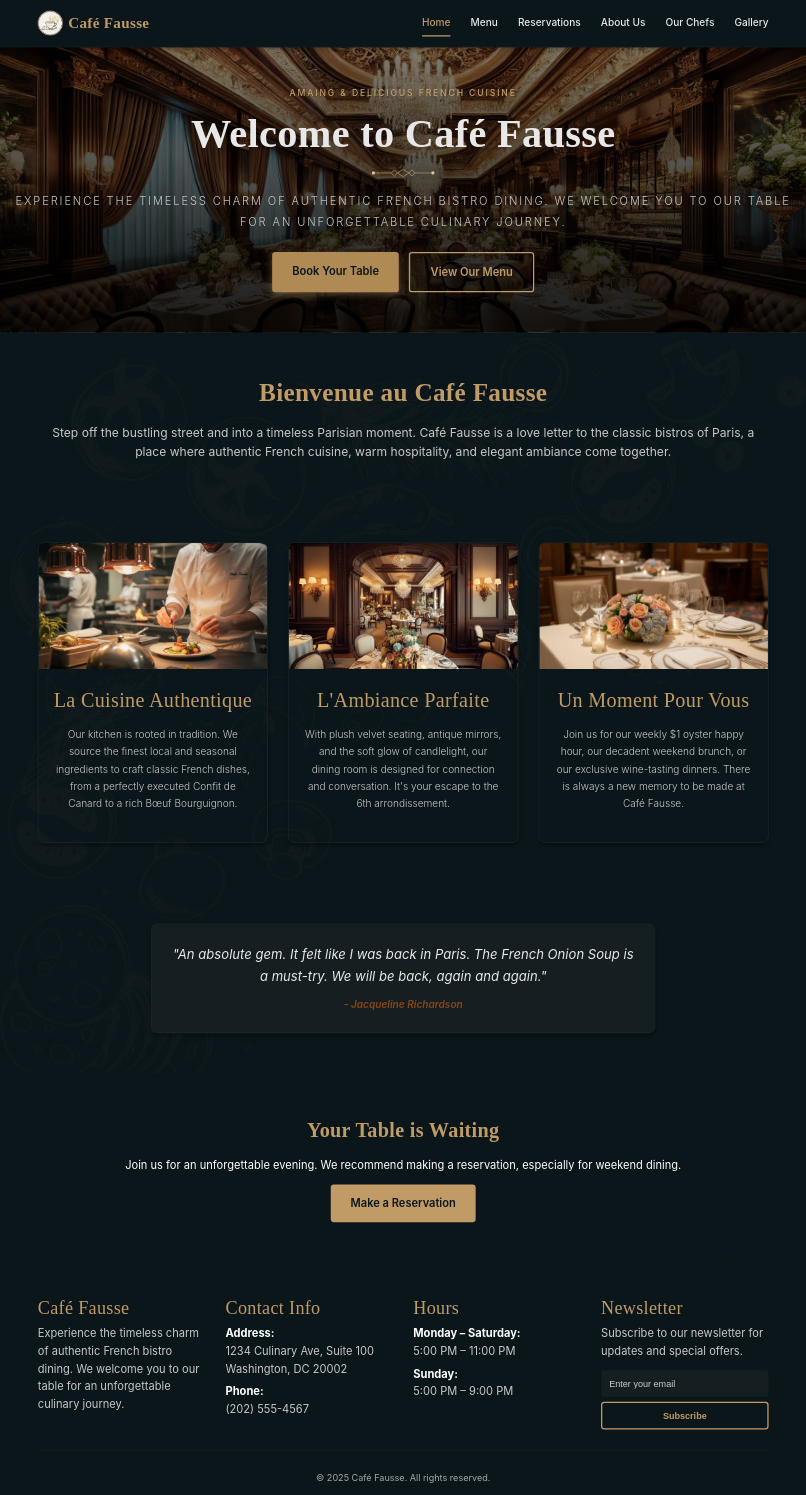
Repository: MatVanDenArt/MSSE-Cafe-Fausse
Page: / (app in frontend/)
These files come from the project's save history. The page is drawn as it stood at one moment and after the next save; the edit follows.
The browser window is 1280 px wide. The pictures show the whole page, at 63% of full size.
The pointer rests on the first visible `.btn-large`.
Backgrounds fixed to the window are drawn as part of the page. The project was rebuilt for these pictures with package versions that can differ from the ones it lists, and the page was loaded fresh each time. Also part of the build but not shown: frontend/src/pages/Menu.js, frontend/src/pages/Reservations.css, frontend/src/pages/Reservations.js, frontend/src/pages/About.js, frontend/src/pages/Gallery.css, frontend/src/pages/Gallery.js.

Above is the page before, as saved 2025-11-05 15:41:56.

### frontend/src/App.css
/* Global Styles */
* {
  margin: 0;
  padding: 0;
  box-sizing: border-box;
}

@import url("https://fonts.googleapis.com/css2?family=Dancing+Script:wght@400;500;600;700&family=Cormorant+Garamond:ital,wght@0,300;0,400;0,500;0,600;0,700;1,300;1,400;1,500;1,600&family=Inter:wght@300;400;500;600&family=Source+Sans+Pro:ital,wght@0,300;0,400;0,600;1,300;1,400&display=swap");

body {
  font-family: "Inter", "Source Sans Pro", "Helvetica Neue", "Arial", sans-serif;
  line-height: 1.6;
  color: #e8e8e8;
  background-color: #0b161a;
  font-weight: 400;
  padding-top: 70px; /* Account for fixed header */
}

/* Remove padding-top for home page since hero handles spacing */
.home {
  padding-top: 0;
}

.App {
  min-height: 100vh;
  display: flex;
  flex-direction: column;
}

.main-content {
  flex: 1;
}

/* Typography */
h1,
h2,
h3,
h4,
h5,
h6 {
  font-family: "Cormorant Garamond", "EB Garamond", "Georgia", "Times New Roman",
    serif;
  font-weight: 500;
  margin-bottom: 1rem;
  letter-spacing: 0.5px;
}

h1 {
  font-size: 2.5rem;
  color: #c19b66;
  font-family: "Dancing Script", "Cormorant Garamond", serif;
  font-weight: 600;
}

h2 {
  font-size: 2rem;
  color: #c19b66;
  font-family: "Dancing Script", "Cormorant Garamond", serif;
  font-weight: 600;
}

h3 {
  font-size: 2rem;
  color: #c19b66;
  font-family: "Cormorant Garamond", serif;
  font-weight: 500;
}

p {
  margin-bottom: 1rem;
  font-size: 1.1rem;
  font-family: "Inter", "Source Sans Pro", "Helvetica Neue", "Arial", sans-serif;
}

/* Container */
.container {
  max-width: 1200px;
  margin: 0 auto;
  padding: 0 20px;
}

/* Grid System */
.grid {
  display: grid;
  gap: 2rem;
}

.grid-2 {
  grid-template-columns: repeat(auto-fit, minmax(300px, 1fr));
}

.grid-3 {
  grid-template-columns: repeat(auto-fit, minmax(250px, 1fr));
}

.grid-4 {
  grid-template-columns: repeat(auto-fit, minmax(200px, 1fr));
}

/* Flexbox Utilities */
.flex {
  display: flex;
}

.flex-center {
  display: flex;
  justify-content: center;
  align-items: center;
}

.flex-between {
  display: flex;
  justify-content: space-between;
  align-items: center;
}

.flex-column {
  display: flex;
  flex-direction: column;
}

/* Buttons */
.btn {
  display: inline-block;
  padding: 12px 24px;
  background-color: #c19b66;
  color: #0b161a;
  text-decoration: none;
  border: none;
  border-radius: 5px;
  font-size: 1rem;
  font-weight: 600;
  cursor: pointer;
  transition: all 0.3s ease;
  text-align: center;
}

.btn:hover {
  background-color: #b08a55;
  /*transform: translateY(-2px);*/
  box-shadow: 0 4px 12px rgba(193, 155, 102, 0.4);
}

.btn-secondary {
  background-color: transparent;
  color: #c19b66;
  border: 2px solid #c19b66;
}

.btn-secondary:hover {
  background-color: #c19b66;
  color: #0b161a;
}

.btn-large {
  padding: 16px 32px;
  font-size: 1.1rem;
}

.btn-large:hoverr {
  background-color: transparent;
  color: #c19b66;
  border: 2px solid #c19b66;
}

/* Forms */
.form-group {
  margin-bottom: 1.5rem;
}

.form-label {
  display: block;
  margin-bottom: 0.5rem;
  font-weight: 600;
  color: #c19b66;
}

.form-input,
.form-select,
.form-textarea {
  width: 100%;
  padding: 12px;
  border: 2px solid #151f21;
  border-radius: 5px;
  font-size: 1rem;
  transition: border-color 0.3s ease;
  background-color: #151f21;
  color: #e8e8e8;
}

.form-input:focus,
.form-select:focus,
.form-textarea:focus {
  outline: none;
  border-color: #c19b66;
  box-shadow: 0 0 0 3px rgba(193, 155, 102, 0.1);
}

.form-textarea {
  resize: vertical;
  min-height: 100px;
}

/* Cards */
.card {
  /* background: #151f21; */
  border-radius: 10px;
  box-shadow: 0 4px 6px rgba(0, 0, 0, 0.3);
  overflow: hidden;
  border: 1px solid #1f2a2d;
}

.card-body {
  padding: 1.5rem;
}

.card-title {
  font-size: 1.25rem;
  margin-bottom: 0.5rem;
  color: #c19b66;
  font-family: "Dancing Script", "Cormorant Garamond", serif;
  font-weight: 500;
}

.card-text {
  color: #c8c8c8;
  margin-bottom: 1rem;
}

/* Images */
.img-responsive {
  width: 100%;
  height: auto;
  display: block;
}

.img-rounded {
  border-radius: 10px;
}

/* Sections */
.section {
  padding: 4rem 0;
}

.section-dark {
  background-color: #0b161a;
  color: white;
}

.section-light {
  background-color: #151f21;
}

.section-title {
  text-align: center;
}

.section-title h2 {
  font-size: 2.5rem;
  margin-bottom: 1rem;
}

.section-title p {
  font-size: 1.2rem;
  color: #c8c8c8;
  /* max-width: 600px; */
  margin: 0 auto;
}

/* Hero Section - Moved to Home.css */

.hero-content h1 {
  font-size: 3.5rem;
  margin-bottom: 1rem;
  color: white;
}

.hero-buttons {
  display: flex;
  gap: 1rem;
  justify-content: center;
  flex-wrap: wrap;
}

/* Navigation styles are in Header.css */

/* Footer */
.footer {
  background-color: #333;
  color: white;
  padding: 3rem 0 1rem;
}

.footer-content {
  display: grid;
  grid-template-columns: repeat(auto-fit, minmax(250px, 1fr));
  gap: 2rem;
  margin-bottom: 2rem;
}

.footer-bottom {
  text-align: center;
  padding-top: 2rem;
  border-top: 1px solid #555;
  color: #ccc;
}

/* Responsive Design */
@media (max-width: 768px) {
  .container {
    padding: 0 15px;
  }

  .hero-content h1 {
    font-size: 2.5rem;
  }

  .hero-content p {
    font-size: 1.1rem;
  }

  .hero-buttons {
    flex-direction: column;
    align-items: center;
  }

  /* Navigation responsive styles are in Header.css */

  .grid-2,
  .grid-3,
  .grid-4 {
    grid-template-columns: 1fr;
  }

  h1 {
    font-size: 2rem;
  }

  h2 {
    font-size: 1.5rem;
  }
}

@media (max-width: 480px) {
  .hero-content h1 {
    font-size: 2rem;
  }

  .section {
    padding: 2rem 0;
  }

  .btn {
    padding: 10px 20px;
    font-size: 0.9rem;
  }
}

/* Utility Classes */
.text-center {
  text-align: center;
}

.text-left {
  text-align: left;
}

.text-right {
  text-align: right;
}

.mb-1 {
  margin-bottom: 0.5rem;
}
.mb-2 {
  margin-bottom: 1rem;
}
.mb-3 {
  margin-bottom: 1.5rem;
}
.mb-4 {
  margin-bottom: 2rem;
}

.mt-1 {
  margin-top: 0.5rem;
}
.mt-2 {
  margin-top: 1rem;
}
.mt-3 {
  margin-top: 1.5rem;
}
.mt-4 {
  margin-top: 2rem;
}

.p-1 {
  padding: 0.5rem;
}
.p-2 {
  padding: 1rem;
}
.p-3 {
  padding: 1.5rem;
}
.p-4 {
  padding: 2rem;
}

.hidden {
  display: none;
}

.visible {
  display: block;
}

### frontend/src/components/Header.css
.nav {
  background-color: #0b161a;
  box-shadow: 0 2px 10px rgba(0, 0, 0, 0.3);
  position: fixed;
  top: 0;
  left: 0;
  right: 0;
  z-index: 1000;
  border-bottom: 1px solid #151f21;
}

.nav-container {
  display: flex;
  justify-content: space-between;
  align-items: center;
  padding: 1rem 0;
}

.nav-logo {
  display: flex;
  align-items: center;
  gap: 0.5rem;
  text-decoration: none;
  font-family: "Cormorant Garamond", "EB Garamond", "Georgia", "Times New Roman",
    serif;
  font-weight: 500;
  letter-spacing: 0.5px;
}

.nav-logo-img {
  height: 40px;
  width: auto;
}

.nav-logo-text {
  font-size: 1.5rem;
  font-weight: bold;
  color: #c19b66;
  font-family: "Dancing Script", "Cormorant Garamond", serif;
}

.nav-logo:hover .nav-logo-text {
  color: #c19b66;
}

.nav-menu {
  display: flex;
  list-style: none;
  gap: 2rem;
  margin: 0;
  padding: 0;
}

.nav-link {
  color: #e8e8e8;
  text-decoration: none;
  font-weight: 500;
  transition: color 0.3s ease;
  padding: 0.5rem 0;
  position: relative;
}

.nav-link:hover,
.nav-link.active {
  color: #c19b66;
}

.nav-link.active::after {
  content: "";
  position: absolute;
  bottom: 0;
  left: 0;
  right: 0;
  height: 2px;
  background-color: #c19b66;
}

.nav-toggle {
  display: none;
  flex-direction: column;
  background: none;
  border: none;
  cursor: pointer;
  padding: 0.5rem;
}

.nav-toggle-line {
  width: 25px;
  height: 3px;
  background-color: #c19b66;
  margin: 3px 0;
  transition: 0.3s;
}

/* Mobile Navigation */
@media (max-width: 768px) {
  .nav-toggle {
    display: flex;
  }

  .nav-menu {
    position: fixed;
    top: 70px;
    left: 0;
    right: 0;
    background-color: #0b161a;
    flex-direction: column;
    padding: 2rem;
    box-shadow: 0 2px 10px rgba(0, 0, 0, 0.3);
    transform: translateY(-100%);
    opacity: 0;
    visibility: hidden;
    transition: all 0.3s ease;
    z-index: 999;
    border-top: 1px solid #151f21;
  }

  .nav-menu-open {
    transform: translateY(0);
    opacity: 1;
    visibility: visible;
  }

  .nav-link {
    padding: 1rem 0;
    border-bottom: 1px solid #151f21;
    text-align: center;
    color: #e8e8e8;
  }

  .nav-link:last-child {
    border-bottom: none;
  }

  .nav-link:hover,
  .nav-link.active {
    color: #c19b66;
  }

  .nav-toggle.open .nav-toggle-line:nth-child(1) {
    transform: rotate(45deg) translate(5px, 5px);
  }

  .nav-toggle.open .nav-toggle-line:nth-child(2) {
    opacity: 0;
  }

  .nav-toggle.open .nav-toggle-line:nth-child(3) {
    transform: rotate(-45deg) translate(7px, -6px);
  }
}

### frontend/src/components/Footer.css
.footer {
  background-color: #0b161a;
  color: #e8e8e8;
  padding: 3rem 0 1rem;
  margin-top: auto;
  border-top: 1px solid #151f21;
}

.footer-content {
  display: grid;
  grid-template-columns: repeat(auto-fit, minmax(250px, 1fr));
  gap: 2rem;
  margin-bottom: 2rem;
}

.footer-section h3 {
  color: #c19b66;
  font-size: 1.8rem;
  font-family: "Cormorant Garamond", "Times New Roman", serif;
  font-weight: 500;
  letter-spacing: 0.5px;
  margin-bottom: 0.25rem;
}

.footer-section p {
  margin-bottom: 0.5rem;
  line-height: 1.6;
  color: #c8c8c8;
}

.footer-section strong {
  color: white;
}

.newsletter-form {
  display: flex;
  flex-direction: column;
  gap: 0.5rem;
  margin-top: 1rem;
}

.newsletter-input {
  padding: 0.75rem;
  border: 1px solid #151f21;
  border-radius: 5px;
  background-color: #151f21;
  color: #e8e8e8;
  font-size: 0.9rem;
}

.newsletter-input::placeholder {
  color: #ccc;
}

.newsletter-input:focus {
  outline: none;
  border-color: #c19b66;
}

.newsletter-btn {
  padding: 0.75rem;
  font-size: 0.9rem;
  border: 2px solid #c19b66;
  background-color: transparent;
  color: #c19b66;
}

.newsletter-btn:hover {
  background-color: #c19b66;
  color: #0b161a;
}

.newsletter-btn:disabled {
  opacity: 0.6;
  cursor: not-allowed;
}

.newsletter-success {
  background-color: #4caf50;
  padding: 1rem;
  border-radius: 5px;
  text-align: center;
  margin-top: 1rem;
}

.newsletter-success p {
  margin: 0;
  color: white;
  font-weight: 600;
}

.footer-bottom {
  text-align: center;
  padding-top: 2rem;
  border-top: 1px solid #151f21;
  color: #a8a8a8;
}

.footer-bottom p {
  margin: 0;
  font-size: 0.9rem;
}

@media (max-width: 768px) {
  .footer {
    padding: 2rem 0 1rem;
  }

  .footer-content {
    grid-template-columns: 1fr;
    gap: 1.5rem;
  }

  .newsletter-form {
    flex-direction: column;
  }
}

### frontend/src/pages/Home.css
.home {
  min-height: 100vh;
}

.home-content-background {
  position: relative;
  background-color: #0b161a;
}

.home-content-background::before {
  content: "";
  position: absolute;
  top: 0;
  left: 0;
  right: 0;
  bottom: 0;
  background-color: rgba(11, 22, 26, 0.7);
  z-index: 0;
}

.home-content-background > * {
  position: relative;
  z-index: 1;
}

.hero {
  min-height: 60vh;
  max-height: 80vh;
  display: flex;
  align-items: center;
  justify-content: center;
  text-align: center;
  color: white;
  position: relative;
  padding: 4rem 0;
}

.hero-content h1 {
  font-size: 4rem;
  color: #e8e8e8;
  margin-bottom: 1rem;
  font-family: "Cormorant Garamond", serif;
  font-weight: 600;
  line-height: 1.2;
}

/*.hero-content p {
  font-size: 1.2rem;
  margin-bottom: 2rem;
  max-width: 600px;
  text-shadow: 1px 1px 2px rgba(0, 0, 0, 0.5);
  line-height: 1.6;
}*/

.hero-content p {
  font-size: 0.85rem;
  text-transform: uppercase;
  letter-spacing: 3px;
  margin-bottom: 1rem;
  font-weight: 500;
  display: inline-block;
  color: #c19b66;
}

.hero-buttons {
  display: flex;
  gap: 1rem;
  justify-content: center;
  flex-wrap: wrap;
  margin-top: 1rem;
}

/* Tablet and large mobile optimization */
@media (max-width: 1024px) {
  .hero {
    min-height: 55vh;
    max-height: 70vh;
    padding: 3rem 0;
  }

  .hero-content h1 {
    font-size: 2.8rem;
  }

  .hero-content p {
    font-size: 1.1rem;
  }
}

.pillar-icon {
  font-size: 3rem;
  margin-bottom: 1rem;
}

.pillar-image {
  width: 100%;
  height: 200px;
  margin: 0;
  border-radius: 0;
  overflow: hidden;
  display: block;
}

.pillar-img {
  width: 100%;
  height: 100%;
  object-fit: cover;
  display: block;
}

.testimonial {
  text-align: center;
  max-width: 800px;
  margin: 0 auto;
  padding: 2rem;
  background: #151f21;
  border-radius: 10px;
  box-shadow: 0 4px 6px rgba(0, 0, 0, 0.3);
  border: 1px solid #1f2a2d;
}

.testimonial blockquote {
  font-size: 1.3rem;
  font-style: italic;
  margin-bottom: 1rem;
  color: #e8e8e8;
  line-height: 1.6;
}

.testimonial cite {
  font-size: 1rem;
  color: #8b4513;
  font-weight: 600;
}

.contact-info {
  background: #151f21;
  padding: 2rem;
  border-radius: 10px;
  box-shadow: 0 4px 6px rgba(0, 0, 0, 0.3);
  border: 1px solid #1f2a2d;
}

.contact-info h3 {
  color: #8b4513;
  margin-bottom: 1rem;
}

.contact-info p {
  margin-bottom: 0.5rem;
  color: #c8c8c8;
}

@media (max-width: 768px) {
  .hero {
    min-height: 50vh;
    max-height: 60vh;
    padding: 2rem 0;
  }

  .hero-content h1 {
    font-size: 2.2rem;
    margin-bottom: 0.8rem;
  }

  .hero-content p {
    font-size: 1rem;
    margin-bottom: 1.5rem;
    padding: 0 1rem;
  }

  .hero-buttons {
    flex-direction: column;
    align-items: center;
    gap: 0.8rem;
  }

  .pillar-icon {
    font-size: 2.5rem;
  }

  .pillar-image {
    height: 180px;
  }

  .testimonial {
    padding: 1.5rem;
  }

  .testimonial blockquote {
    font-size: 1.1rem;
  }

  .contact-info {
    padding: 1.5rem;
  }
}

@media (max-width: 480px) {
  .hero {
    min-height: 45vh;
    max-height: 55vh;
    padding: 1.5rem 0;
  }

  .hero-content h1 {
    font-size: 1.8rem;
    margin-bottom: 0.6rem;
  }

  .hero-content p {
    font-size: 0.9rem;
    margin-bottom: 1.2rem;
    padding: 0 0.5rem;
  }

  .hero-buttons {
    gap: 0.6rem;
  }

  .pillar-image {
    height: 150px;
  }

  .testimonial {
    padding: 1rem;
  }

  .testimonial blockquote {
    font-size: 1rem;
  }
}

### frontend/src/pages/Menu.css
.menu {
  padding: 2rem 0;
  position: relative;
  background-color: #0b161a;
}

.menu::before {
  content: "";
  position: absolute;
  top: 0;
  left: 0;
  right: 0;
  bottom: 0;
  background-color: rgba(11, 22, 26, 0.7);
  z-index: 0;
}

.menu > .container {
  position: relative;
  z-index: 1;
}

.menu-disclaimer {
  font-style: italic;
  color: #c8c8c8;
  font-size: 0.9rem;
  margin-top: 1rem;
}

.menu-content {
  max-width: 1200px;
  margin: 4rem auto 0;
  padding: 0 20px;
}

/* Hero Section */
.menu .section-title {
  text-align: center;
  padding: 2rem 0 1rem;
}

.menu .section-title p {
  font-size: 0.85rem;
  text-transform: uppercase;
  letter-spacing: 3px;
  margin-bottom: 1rem;
  font-weight: 500;
  display: inline-block;
  color: #c19b66;
}
.separator {
  max-width: 100px;
  height: auto;
  margin: 0 auto;
  margin-bottom: 1rem;
}

.menu .section-title h1 {
  font-size: 4rem;
  color: #e8e8e8;
  margin-bottom: 1rem;
  font-family: "Cormorant Garamond", serif;
  font-weight: 600;
  line-height: 1.2;
}

.menu-section {
  margin-bottom: 2rem;
  display: flex;
  overflow: hidden;
}

.menu-section-image-container {
  flex: 0 0 40%;
  width: 40%;
  position: relative;
  overflow: hidden;
  align-self: stretch;
}

.menu-section-image {
  width: 100%;
  height: 100%;
  object-fit: cover;
  object-position: center;
  min-height: 100%;
}

.menu-section-content {
  flex: 0 0 60%;
  width: 60%;
  background: #151f21;
  padding: 3rem;
  display: flex;
  flex-direction: column;
}

.menu-section-header {
  margin-bottom: 2.5rem;
}

.menu-section-title {
  font-size: 2rem;
  font-weight: 700;
  color: #e8e8e8;
  margin: 0;
  letter-spacing: 2px;
  text-transform: uppercase;
  font-family: "Inter", "Source Sans Pro", sans-serif;
}

.menu-items {
  flex: 1;
  margin-bottom: 2rem;
}

.menu-item {
  margin-bottom: 1.5rem;
}

.menu-item:last-child {
  margin-bottom: 0;
}

.menu-item-header {
  display: flex;
  justify-content: space-between;
  align-items: center;
  margin-bottom: 0.5rem;
  gap: 1rem;
}

.menu-item-name {
  font-size: 1.1rem;
  color: #e8e8e8;
  margin: 0;
  font-weight: 600;
  letter-spacing: 1px;
  flex-shrink: 0;
  font-family: "Inter", "Source Sans Pro", sans-serif;
}

.menu-item-price-line {
  display: flex;
  align-items: center;
  gap: 0.75rem;
  flex: 1;
  min-width: 0;
}

.price-line {
  flex: 1;
  height: 1px;
  background: linear-gradient(to right, transparent, #c19b66 50%, transparent);
  border-bottom: 1px dotted #c19b66;
  min-width: 20px;
}

.menu-item-price {
  font-size: 1.1rem;
  font-weight: 600;
  color: #e8e8e8;
  white-space: nowrap;
  font-family: "Inter", "Source Sans Pro", sans-serif;
}

.menu-item-description {
  color: #c8c8c8;
  line-height: 1.6;
  margin: 0 0 1rem 0;
  font-style: italic;
  font-size: 0.9rem;
  font-family: "Inter", "Source Sans Pro", sans-serif;
}

.menu-item-divider {
  height: 1px;
  background: linear-gradient(to right, transparent, #c19b66 50%, transparent);
  border-bottom: 1px dotted #c19b66;
  margin-top: 1rem;
}

@media (max-width: 968px) {
  .menu-section {
    flex-direction: column;
    min-height: auto;
  }

  .menu-section-image-container {
    flex: 0 0 auto;
    width: 100%;
    height: 300px;
  }

  .menu-section-content {
    flex: 0 0 auto;
    width: 100%;
    padding: 2rem;
  }

  .menu-section-title {
    font-size: 1.75rem;
  }
}

@media (max-width: 768px) {
  .menu-section-content {
    padding: 1.5rem;
  }

  .menu-section-header {
    margin-bottom: 2rem;
  }

  .menu-section-title {
    font-size: 1.5rem;
    letter-spacing: 1px;
  }

  .menu-item-header {
    flex-direction: column;
    align-items: flex-start;
    gap: 0.5rem;
  }

  .menu-item-name {
    font-size: 1rem;
    width: 100%;
  }

  .menu-item-price-line {
    width: 100%;
    justify-content: flex-end;
  }

  .menu-item-description {
    font-size: 0.85rem;
  }
}

@media (max-width: 480px) {
  .menu {
    padding: 1rem 0;
  }

  .menu-section-image-container {
    height: 250px;
  }

  .menu-section-content {
    padding: 1.25rem;
  }

  .menu-section-title {
    font-size: 1.25rem;
    letter-spacing: 0.5px;
  }

  .menu-item-name {
    font-size: 0.95rem;
  }

  .menu-item-price {
    font-size: 1rem;
  }

  .menu-item-description {
    font-size: 0.8rem;
  }
}

Loaded but not shown: frontend/public/index.html (common file); frontend/src/index.js (common file); frontend/src/index.css (common file); frontend/src/reportWebVitals.js (common file); frontend/public/manifest.json (common file); frontend/src/pages/Home.js (172 lines, source omitted); frontend/src/components/Footer.js (119 lines, source omitted); frontend/src/components/Header.js (120 lines, source omitted); frontend/src/App.js (34 lines, source omitted); frontend/src/pages/About.css (533 lines, source omitted)

After the next save:
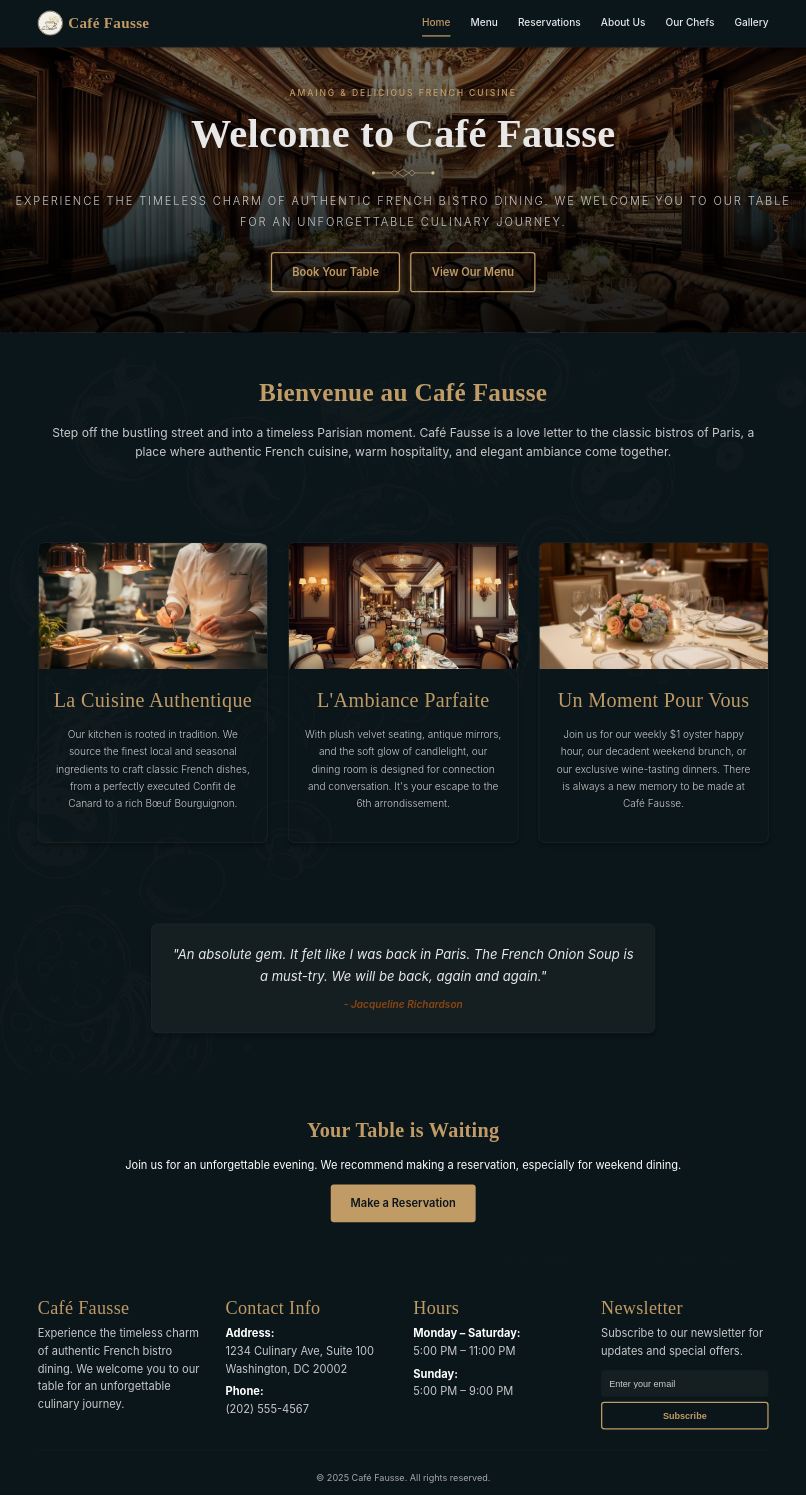
Saved 8 s later.
--- a/frontend/src/App.css
+++ b/frontend/src/App.css
@@ -157,7 +157,7 @@ p {
   font-size: 1.1rem;
 }
 
-.btn-large:hoverr {
+.btn-large:hover {
   background-color: transparent;
   color: #c19b66;
   border: 2px solid #c19b66;
